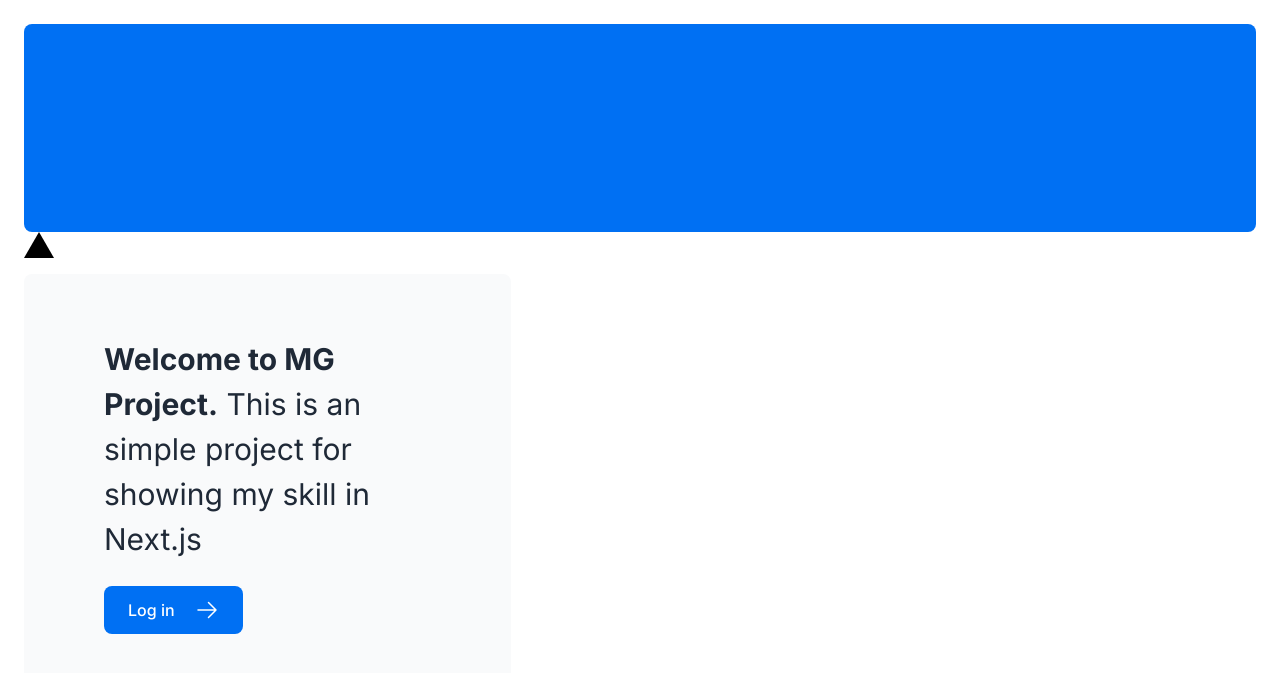
Repository: MikayelGubryan/Financial-dashboard
Page: /
An editor plug-in stored every save of this project. The page is shown before and after a run of saves, followed by the edit.
The browser window is 1280 px wide. The pictures show the whole page.
Some web fonts or font styles are not loaded; a fallback is used. The project was rebuilt for these pictures with package versions that can differ from the ones it lists, and the page was loaded fresh each time. The framework's server and built-in components were replaced by stand-ins that run in the browser. Also part of the build but not shown: next.config.mjs.

Above is the page before, as saved 2024-07-08 22:41:12.

### app/page.tsx
import AcmeLogo from '@/app/ui/acme-logo';
import { ArrowRightIcon } from '@heroicons/react/24/outline';
import Link from 'next/link';
import { lusitana } from './ui/fonts';

export default function Page() {
  return (
    <main className="flex min-h-screen flex-col p-6">
      <div className="flex h-20 shrink-0 items-end rounded-lg bg-blue-500 p-4 md:h-52">
        {/* <AcmeLogo /> */}
      </div>
      <div
  className="relative w-0 h-0 border-l-[15px] border-r-[15px] border-b-[26px] border-l-transparent border-r-transparent border-b-black"
/>
      <div className="mt-4 flex grow flex-col gap-4 md:flex-row">
        <div className="flex flex-col justify-center gap-6 rounded-lg bg-gray-50 px-6 py-10 md:w-2/5 md:px-20">
          <p className={`text-xl text-gray-800 md:text-3xl md:leading-normal`}>
            <strong>Welcome to MG Project.</strong> This is an simple project for showing my skill in Next.js
          </p>
          <Link
            href="/login"
            className="flex items-center gap-5 self-start rounded-lg bg-blue-500 px-6 py-3 text-sm font-medium text-white transition-colors hover:bg-blue-400 md:text-base"
          >
            <span>Log in</span> <ArrowRightIcon className="w-5 md:w-6" />
          </Link>
        </div>
        <div className="flex items-center justify-center p-6 md:w-3/5 md:px-28 md:py-12">
          {/* Add Hero Images Here */}
        </div>
      </div>
    </main>
  );
}

### app/ui/fonts.ts
import { Inter } from 'next/font/google';
import { Lusitana } from 'next/font/google';

export const inter = Inter({subsets: ['latin']});
export const lusitana = Lusitana({subsets: ['latin'], weight: '700'})

Loaded but not shown: app/layout.tsx (common file); app/ui/global.css (common file); tailwind.config.ts (common file)

After the next 2 saves:
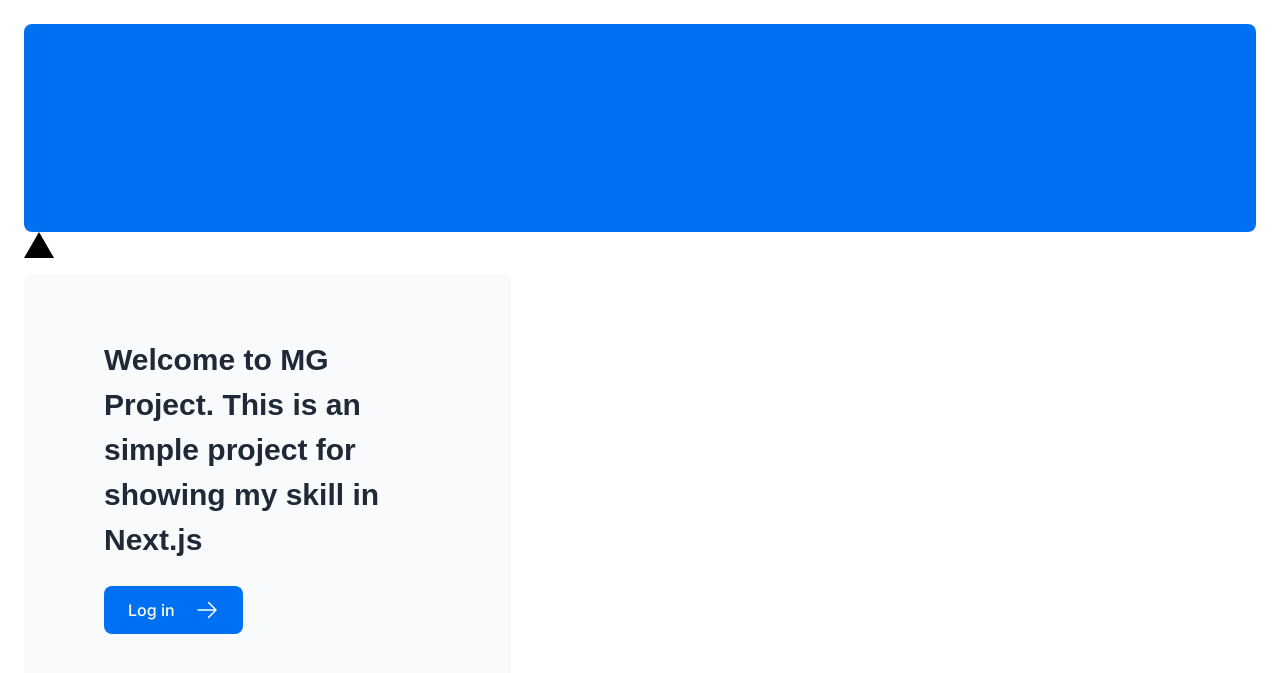
The 2 saves are shown as one change because they came seconds apart.
The last was saved 22 s later.
--- a/app/page.tsx
+++ b/app/page.tsx
@@ -14,7 +14,7 @@
 />
       <div className="mt-4 flex grow flex-col gap-4 md:flex-row">
         <div className="flex flex-col justify-center gap-6 rounded-lg bg-gray-50 px-6 py-10 md:w-2/5 md:px-20">
-          <p className={`text-xl text-gray-800 md:text-3xl md:leading-normal`}>
+          <p className={`text-xl text-gray-800 md:text-3xl md:leading-normal ${lusitana.className}`}>
             <strong>Welcome to MG Project.</strong> This is an simple project for showing my skill in Next.js
           </p>
           <Link
